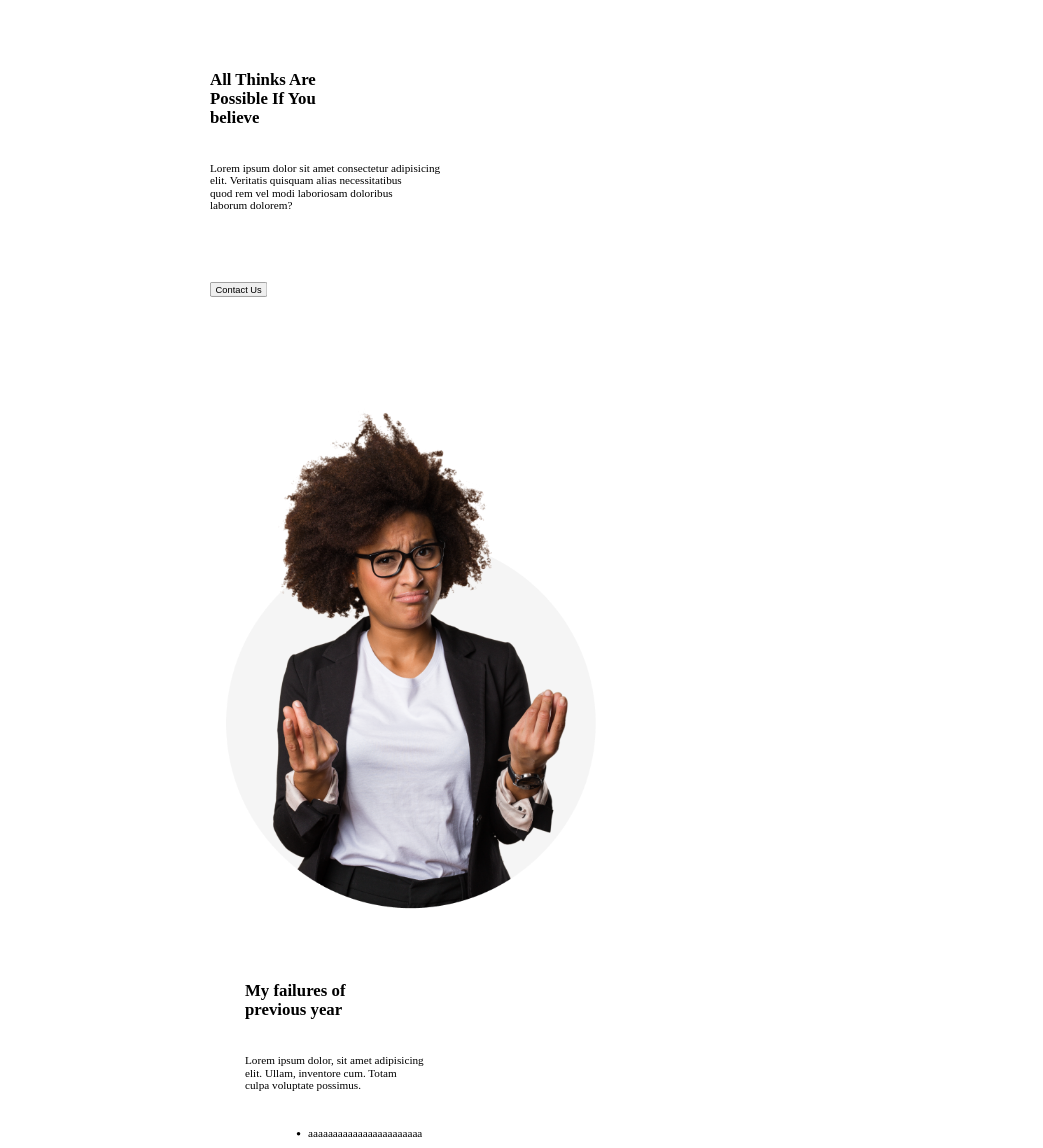
Repository: sadiaafsana138/All-Thinks-Are-Possible-Website
Page: index.html
These files come from the project's save history. The page is drawn as it stood at one moment and after the next save; the edit follows.
The browser window is 1280 px wide. The page is 1490 px wide, then 1280 px, so the pictures cover 1490 px, including what lies to the right of the window. The pictures show the part of the page from y = 0 to 1640 px (the page is 6315 px tall before and 3102 px after), at 70% of full size.

Above is the page before, as saved 2023-01-07 18:42:00.

After the next save:
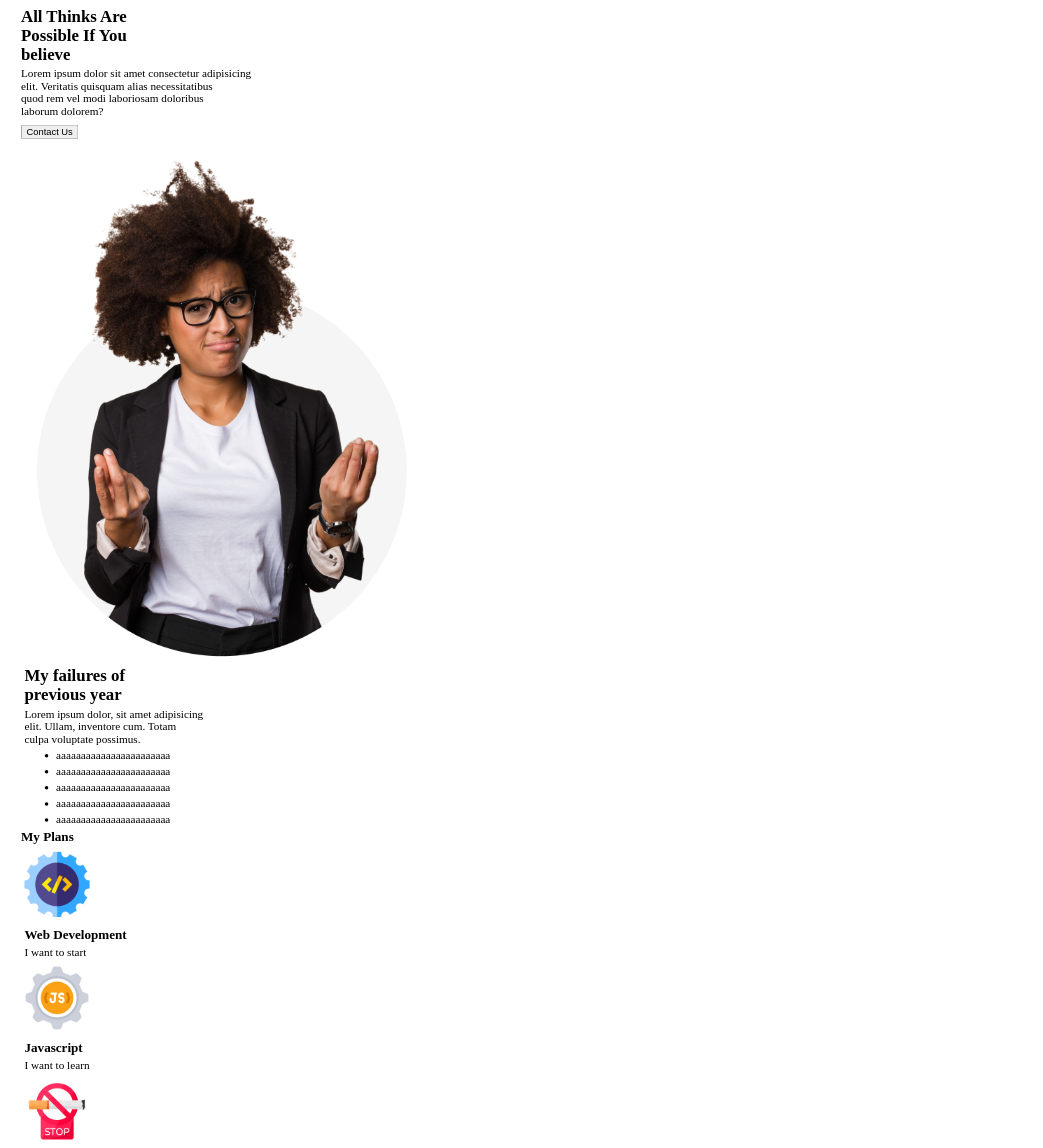
Saved 26 s later.
--- a/styles/web.css
+++ b/styles/web.css
@@ -1,3 +1,3 @@
 *{
-margin: 50px;
+margin: 5px;
 }
